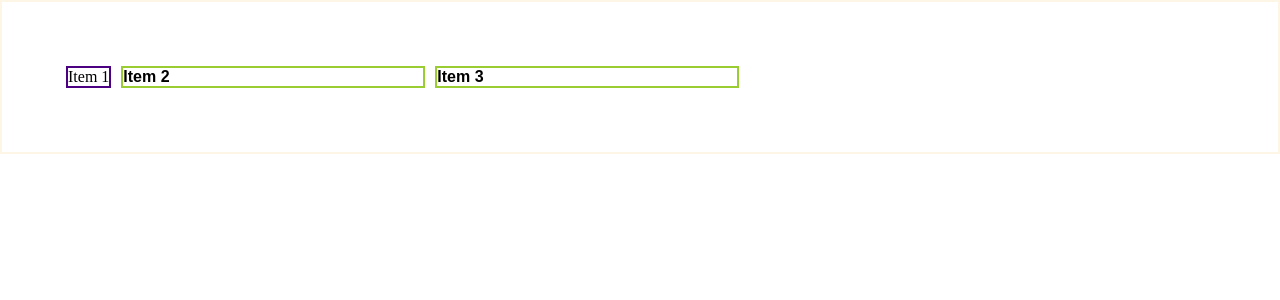
Repository: Elianmrey/TP1-Mobile-First
Page: EXERCISES/EX_4/index.html
An editor plug-in stored every save of this project. The page is shown before and after the next save, followed by the edit.
The browser window is 1280 px wide. The pictures show the whole page.

Above is the page before, as saved 2024-08-04 21:03:35.

### EXERCISES/EX_4/index.html
<!DOCTYPE html>
<html lang="en">
<head>
  <link href="style.css" rel="stylesheet" type="text/css" />
  <meta charset="UTF-8">
  <meta name="viewport" content="width=device-width, initial-scale=1.0">
  <title>Document</title>
</head>
<body>
  <span>
  <div class="container">
    <div class="item it-diferente">Item 1</div>
    <div class="itens-iguais">Item 2</div>
    <div class="itens-iguais">Item 3 </div>
  </div>

</body>
</html>

### EXERCISES/EX_4/style.css
body
{
margin: 0;
padding: 0;
}

.container
{
  display: flex;
  flex-direction: row;
  gap: 10px;
  border: solid 2px oldlace;
  padding: 5%;
  && ::before{

     ;
  }
}

 .itens-iguais
 {
display: flex;
width: 300px;
list-style: none;
font-family: sans-serif;
font-weight: 600;
border: solid 2px yellowgreen;
}

.it-diferente
{
flex-shrink: 2;
border: solid 2px indigo;
}

After the next save:
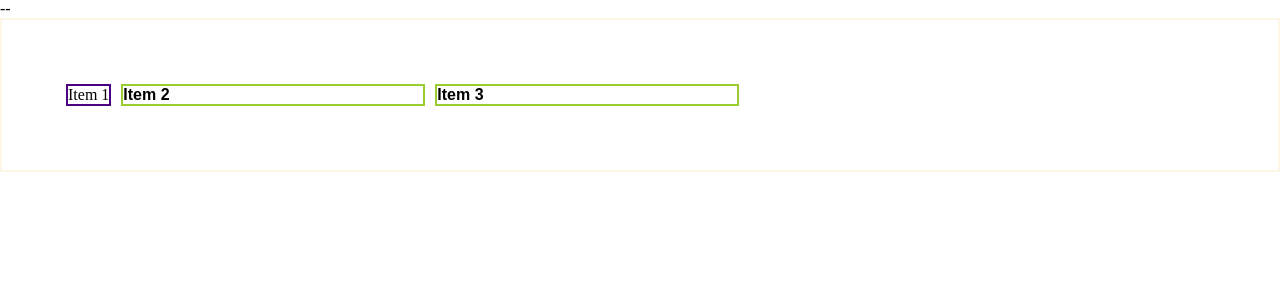
Saved 4 s later.
--- a/EXERCISES/EX_4/index.html
+++ b/EXERCISES/EX_4/index.html
@@ -7,7 +7,7 @@
   <title>Document</title>
 </head>
 <body>
-  <span>
+  <span>--
   <div class="container">
     <div class="item it-diferente">Item 1</div>
     <div class="itens-iguais">Item 2</div>
